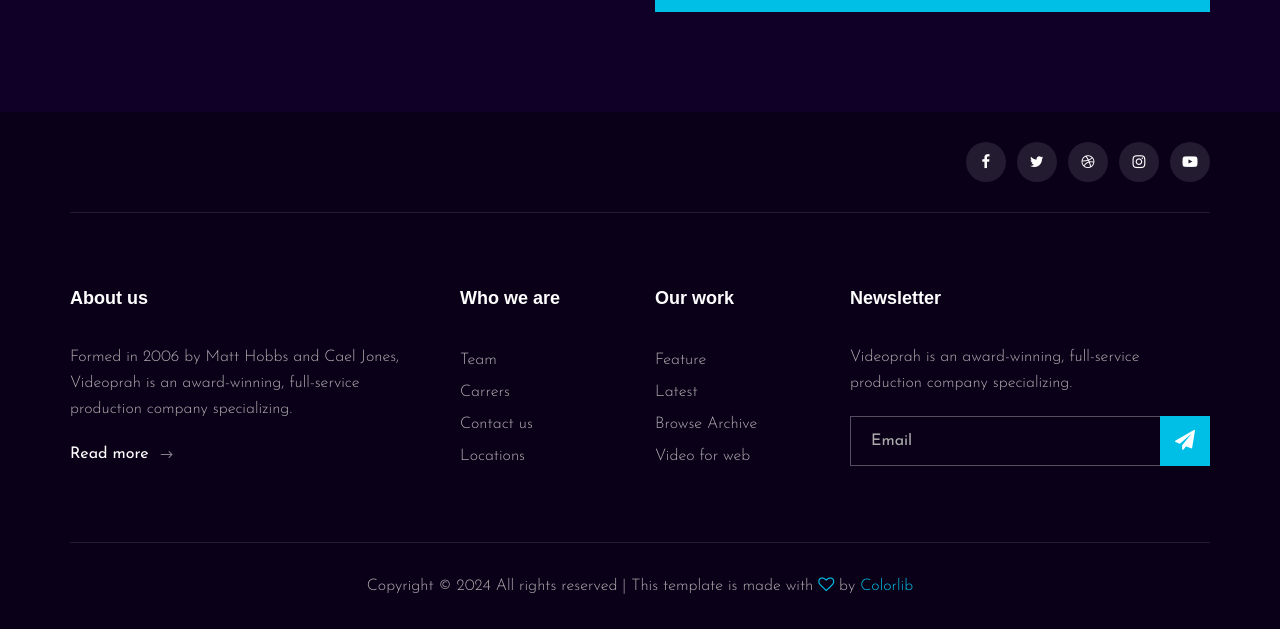
Repository: codexshot/himanshu-portfolio.io
Page: contact.html
These files come from the project's save history. The page is drawn as it stood at one moment and after the next save; the edit follows.
The browser window is 1280 px wide. The pictures show the part of the page from y = 1095 to 1724 px (the page is 1724 px tall before and 1687 px after).
Some web fonts or font styles are not loaded; a fallback is used.

Above is the page before, as saved 2024-04-14 19:01:34.

### contact.html
<!DOCTYPE html>
<html lang="zxx">

<head>
    <meta charset="UTF-8">
    <meta name="description" content="Videograph Template">
    <meta name="keywords" content="Videograph, unica, creative, html">
    <meta name="viewport" content="width=device-width, initial-scale=1.0">
    <meta http-equiv="X-UA-Compatible" content="ie=edge">
    <title>Videograph | Template</title>

    <!-- Google Font -->
    <link href="https://fonts.googleapis.com/css2?family=Play:wght@400;700&display=swap" rel="stylesheet">
    <link href="https://fonts.googleapis.com/css2?family=Josefin+Sans:wght@300;400;500;600;700&display=swap"
        rel="stylesheet">

    <!-- Css Styles -->
    <link rel="stylesheet" href="css/bootstrap.min.css" type="text/css">
    <link rel="stylesheet" href="css/font-awesome.min.css" type="text/css">
    <link rel="stylesheet" href="css/elegant-icons.css" type="text/css">
    <link rel="stylesheet" href="css/owl.carousel.min.css" type="text/css">
    <link rel="stylesheet" href="css/magnific-popup.css" type="text/css">
    <link rel="stylesheet" href="css/slicknav.min.css" type="text/css">
    <link rel="stylesheet" href="css/style.css" type="text/css">
</head>

<body>
    <!-- Page Preloder -->
    <div id="preloder">
        <div class="loader"></div>
    </div>

    <!-- Header Section Begin -->
    <header class="header">
        <div class="container">
            <div class="row">
                <div class="col-lg-2">
                    <div class="header__logo">
                        <h4 style="color: aliceblue;">Himanshu's Portfolio</h4>
                    </div>
                </div>
                <div class="col-lg-10">l̥
                    <div class="header__nav__option">
                        <nav class="header__nav__menu mobile-menu">
                            <ul>
                                <li class="active"><a href="./index.html">Home</a></li>
                                <li><a href="./about.html">About</a></li>

                                <li><a href="./services.html">Services</a></li>
                                <li><a href="./contact.html">Contact</a></li>
                            </ul>
                        </nav>
                        <div class="header__nav__social">
                            <a href="#"><i class="fa fa-facebook"></i></a>
                            <a href="#"><i class="fa fa-twitter"></i></a>
                            <a href="#"><i class="fa fa-dribbble"></i></a>
                            <a href="#"><i class="fa fa-instagram"></i></a>
                            <a href="#"><i class="fa fa-youtube-play"></i></a>
                        </div>
                    </div>
                </div>
            </div>
            <div id="mobile-menu-wrap"></div>
        </div>
    </header>
    <!-- Header End -->

    <!-- Breadcrumb Begin -->
    <div class="breadcrumb-option spad set-bg" data-setbg="img/breadcrumb-bg.jpg">
        <div class="container">
            <div class="row">
                <div class="col-lg-12 text-center">
                    <div class="breadcrumb__text">
                        <h2>Contact Details</h2>
                        <div class="breadcrumb__links">
                            <a href="#">Home</a>
                            <span>Contact</span>
                        </div>
                    </div>
                </div>
            </div>
        </div>
    </div>
    <!-- Breadcrumb End -->

    <!-- Contact Widget Section Begin -->
    <section class="contact-widget spad">
        <div class="container">
            <div class="row">
                <div class="col-lg-4 col-md-6 col-md-6 col-md-3">
                    <div class="contact__widget__item">
                        <div class="contact__widget__item__icon">
                            <i class="fa fa-map-marker"></i>
                        </div>
                        <div class="contact__widget__item__text">
                            <h4>Address</h4>
                            <p>Bathurst St. Toronto Canada</p>
                        </div>
                    </div>
                </div>
                <div class="col-lg-4 col-md-6 col-md-6 col-md-3">
                    <div class="contact__widget__item">
                        <div class="contact__widget__item__icon">
                            <i class="fa fa-phone"></i>
                        </div>
                        <div class="contact__widget__item__text">
                            <h4>Hotline</h4>
                            <p>+1 647 839 9508</p>
                        </div>
                    </div>
                </div>
                <div class="col-lg-4 col-md-6 col-md-6 col-md-3">
                    <div class="contact__widget__item">
                        <div class="contact__widget__item__icon">
                            <i class="fa fa-map-marker"></i>
                        </div>
                        <div class="contact__widget__item__text">
                            <h4>Email</h4>
                            <p>abhahim@gmail.com</p>
                        </div>
                    </div>
                </div>
            </div>
        </div>
    </section>
    <!-- Contact Widget Section End -->

    <!-- Call To Action Section Begin -->
    <section class="contact spad">
        <div class="container">
            <div class="row">
                <div class="col-lg-6 col-md-6">
                    <div class="contact__map">
                        <iframe
                        src="https://www.google.com/maps/embed?pb=!1m18!1m12!1m3!1d387190.2798902705!2d-79.347015!3d43.651070!2m3!1f0!2f0!3f0!3m2!1i1024!2i768!4f13.1!3m3!1m2!1s0x89d4cb90d7b6e35b:0x808f77d04f0bde21!2sToronto%2C%20ON%2C%20Canada!5e0!3m2!1sen!2sbd!4v1596152431947!5m2!1sen!2sbd"
                            height="450" style="border:0;"></iframe>
                    </div>
                </div>
                <div class="col-lg-6 col-md-6">
                    <div class="contact__form">
                        <h3>Get in touch</h3>
                        <form action="#">
                            <input type="text" placeholder="Name">
                            <input type="text" placeholder="Email">
                            <input type="text" placeholder="Website">
                            <textarea placeholder="Message"></textarea>
                            <button type="submit" class="site-btn">Send Message</button>
                        </form>
                    </div>
                </div>
            </div>
        </div>
    </section>
    <!-- Call To Action Section End -->

    <!-- Footer Section Begin -->
    <footer class="footer">
        <div class="container">
            <div class="footer__top">
                <div class="row">
                    <div class="col-lg-6 col-md-6">
                        <div class="footer__top__logo">

                        </div>
                    </div>
                    <div class="col-lg-6 col-md-6">
                        <div class="footer__top__social">
                            <a href="#"><i class="fa fa-facebook"></i></a>
                            <a href="#"><i class="fa fa-twitter"></i></a>
                            <a href="#"><i class="fa fa-dribbble"></i></a>
                            <a href="#"><i class="fa fa-instagram"></i></a>
                            <a href="#"><i class="fa fa-youtube-play"></i></a>
                        </div>
                    </div>
                </div>
            </div>
            <div class="footer__option">
                <div class="row">
                    <div class="col-lg-4 col-md-6">
                        <div class="footer__option__item">
                            <h5>About us</h5>
                            <p>Formed in 2006 by Matt Hobbs and Cael Jones, Videoprah is an award-winning, full-service
                                production company specializing.</p>
                            <a href="#" class="read__more">Read more <span class="arrow_right"></span></a>
                        </div>
                    </div>
                    <div class="col-lg-2 col-md-3">
                        <div class="footer__option__item">
                            <h5>Who we are</h5>
                            <ul>
                                <li><a href="#">Team</a></li>
                                <li><a href="#">Carrers</a></li>
                                <li><a href="#">Contact us</a></li>
                                <li><a href="#">Locations</a></li>
                            </ul>
                        </div>
                    </div>
                    <div class="col-lg-2 col-md-3">
                        <div class="footer__option__item">
                            <h5>Our work</h5>
                            <ul>
                                <li><a href="#">Feature</a></li>
                                <li><a href="#">Latest</a></li>
                                <li><a href="#">Browse Archive</a></li>
                                <li><a href="#">Video for web</a></li>
                            </ul>
                        </div>
                    </div>
                    <div class="col-lg-4 col-md-12">
                        <div class="footer__option__item">
                            <h5>Newsletter</h5>
                            <p>Videoprah is an award-winning, full-service production company specializing.</p>
                            <form action="#">
                                <input type="text" placeholder="Email">
                                <button type="submit"><i class="fa fa-send"></i></button>
                            </form>
                        </div>
                    </div>
                </div>
            </div>
            <div class="footer__copyright">
                <div class="row">
                    <div class="col-lg-12 text-center">
                        <!-- Link back to Colorlib can't be removed. Template is licensed under CC BY 3.0. -->
                        <p class="footer__copyright__text">Copyright &copy;
                            <script>
                                document.write(new Date().getFullYear());
                            </script>
                            All rights reserved | This template is made with <i class="fa fa-heart-o"
                                aria-hidden="true"></i> by <a href="https://colorlib.com" target="_blank">Colorlib</a>
                        </p>
                        <!-- Link back to Colorlib can't be removed. Template is licensed under CC BY 3.0. -->
                    </div>
                </div>
            </div>
        </div>
    </footer>
    <!-- Footer Section End -->

    <!-- Js Plugins -->
    <script src="js/jquery-3.3.1.min.js"></script>
    <script src="js/bootstrap.min.js"></script>
    <script src="js/jquery.magnific-popup.min.js"></script>
    <script src="js/mixitup.min.js"></script>
    <script src="js/masonry.pkgd.min.js"></script>
    <script src="js/jquery.slicknav.js"></script>
    <script src="js/owl.carousel.min.js"></script>
    <script src="js/main.js"></script>
</body>

</html>

Loaded but not shown: css/bootstrap.min.css (library); css/font-awesome.min.css (library); css/owl.carousel.min.css (library); css/magnific-popup.css (library); css/slicknav.min.css (common file); js/jquery-3.3.1.min.js (library); js/bootstrap.min.js (library); js/jquery.magnific-popup.min.js (library); js/mixitup.min.js (library); js/masonry.pkgd.min.js (library); js/jquery.slicknav.js (library); js/owl.carousel.min.js (library); js/main.js (182 lines, source omitted); css/style.css (2339 lines, source omitted); css/elegant-icons.css (1157 lines, source omitted)

After the next save:
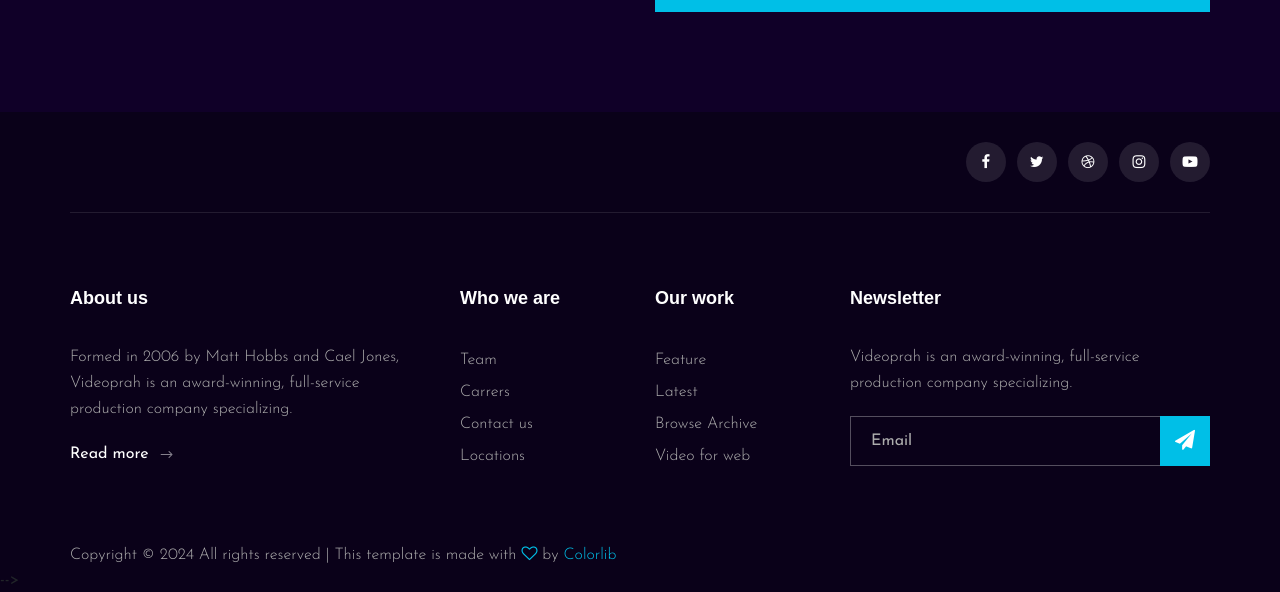
Saved 51 s later.
--- a/contact.html
+++ b/contact.html
@@ -218,7 +218,7 @@
                     </div>
                 </div>
             </div>
-            <div class="footer__copyright">
+            <!-- <div class="footer__copyright">
                 <div class="row">
                     <div class="col-lg-12 text-center">
                         <!-- Link back to Colorlib can't be removed. Template is licensed under CC BY 3.0. -->
@@ -232,7 +232,7 @@
                         <!-- Link back to Colorlib can't be removed. Template is licensed under CC BY 3.0. -->
                     </div>
                 </div>
-            </div>
+            </div> -->
         </div>
     </footer>
     <!-- Footer Section End -->
